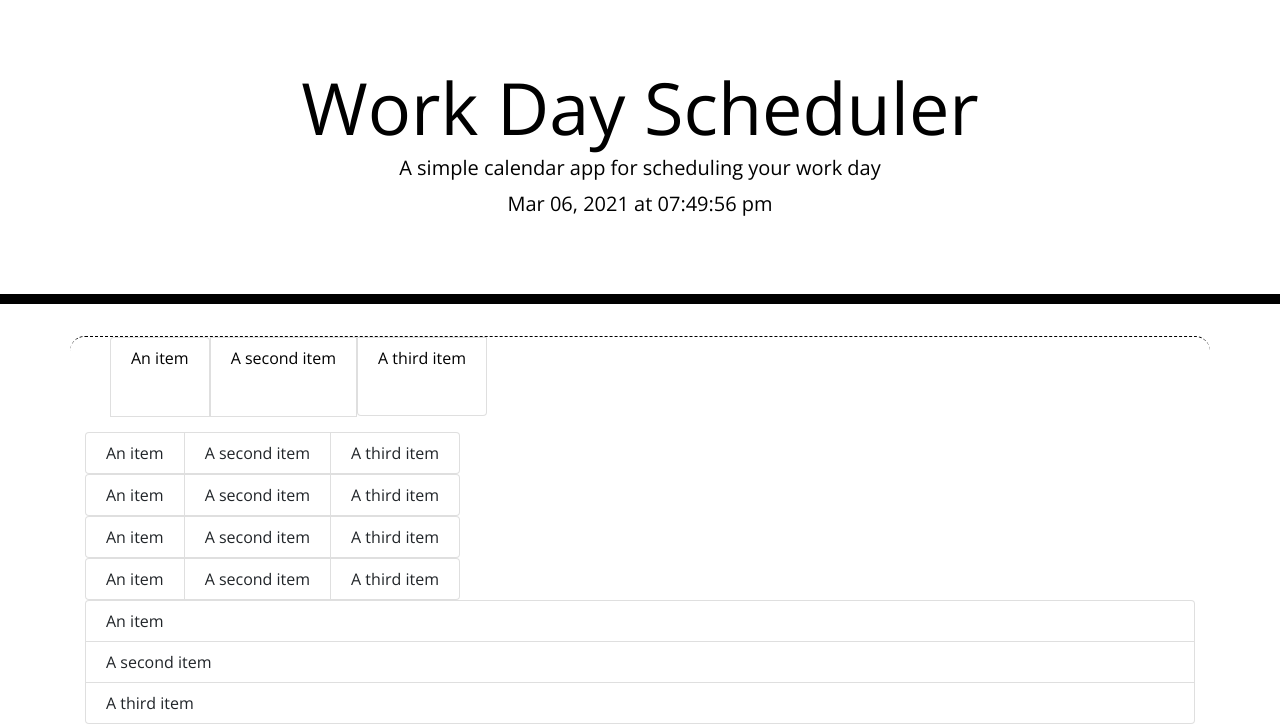
Repository: ziffoit/Work-Day_Scheduler
Page: Develop/index.html
The author's editor kept a copy of each file at every save. The page is drawn from the files as they stood at one save, then again after the next save.
The browser window is 1280 px wide. The pictures show the whole page.
Some web libraries are served in a nearby version.

Above is the page before, as saved 2021-03-16 16:53:14.

### Develop/index.html
<!DOCTYPE html>
<html lang="en">
  <head>
    <meta charset="UTF-8" />
    <meta name="viewport" content="width=device-width, initial-scale=1.0" />
    <meta http-equiv="X-UA-Compatible" content="ie=edge" />
    <link
      rel="stylesheet"
      href="https://stackpath.bootstrapcdn.com/bootstrap/4.3.1/css/bootstrap.min.css"
    />
    <link
      rel="stylesheet"
      href="https://use.fontawesome.com/releases/v5.8.1/css/all.css"
      integrity="sha384-50oBUHEmvpQ+1lW4y57PTFmhCaXp0ML5d60M1M7uH2+nqUivzIebhndOJK28anvf"
      crossorigin="anonymous"
    />
    <link
      href="https://fonts.googleapis.com/css?family=Open+Sans&display=swap"
      rel="stylesheet"
    />
    <link rel="stylesheet" href="style.css" />
    <title>Work Day Scheduler</title>
  </head>

  <body>
    <header class="jumbotron">
      <h1 class="display-3">Work Day Scheduler</h1>
      <p class="lead">A simple calendar app for scheduling your work day</p>
      <p id="currentDay" class="lead"></p>
    </header>
    <div class="container">
      <ul class="description time-block row hour">
        <li class="list-group-item">An item</li>
        <li class="list-group-item">A second item</li>
        <li class="list-group-item">A third item</li>
      </ul>
      <ul class="list-group list-group-horizontal-sm">
        <li class="list-group-item">An item</li>
        <li class="list-group-item">A second item</li>
        <li class="list-group-item">A third item</li>
      </ul>
      <ul class="list-group list-group-horizontal-md">
        <li class="list-group-item">An item</li>
        <li class="list-group-item">A second item</li>
        <li class="list-group-item">A third item</li>
      </ul>
      <ul class="list-group list-group-horizontal-lg">
        <li class="list-group-item">An item</li>
        <li class="list-group-item">A second item</li>
        <li class="list-group-item">A third item</li>
      </ul>
      <ul class="list-group list-group-horizontal-xl">
        <li class="list-group-item">An item</li>
        <li class="list-group-item">A second item</li>
        <li class="list-group-item">A third item</li>
      </ul>
      <ul class="list-group list-group-horizontal-xxl">
        <li class="list-group-item">An item</li>
        <li class="list-group-item">A second item</li>
        <li class="list-group-item">A third item</li>
      </ul>
      <!-- Timeblocks go here -->
    </div>

    <script src="https://cdnjs.cloudflare.com/ajax/libs/jquery/3.2.1/jquery.min.js"></script>
    <script src="https://cdnjs.cloudflare.com/ajax/libs/moment.js/2.24.0/moment.min.js"></script>
    <script src="script.js"></script>
  </body>
</html>

### Develop/style.css
body {
  font-family: 'Open Sans', sans-serif;
  font-size: 16px;
  line-height: 1;
}

textarea{
  background: transparent;
  border: none;
  resize: none;
  color: #000000;
  border-left: 1px solid black;
  padding: 10px;
}

.jumbotron {
  text-align: center;
  background-color: transparent;
  color: black;
  border-radius: 0;
  border-bottom: 10px solid black;
}

.description{
  white-space: pre-wrap;
}

.time-block{
  text-align: center;
  border-radius: 15px;
}

.row {
  white-space: pre-wrap;
  height: 80px;
  border-top: 1px solid white;;
}

.hour {
  background-color: #ffffff;
  color: #000000;
  border-top: 1px dashed #000000;
}

.past {
  background-color: #d3d3d3;
  color: white;
}

.present {
  background-color: #ff6961;
  color: white;
}

.future {
  background-color: #77dd77;
  color: white;
}

.saveBtn {
  border-left: 1px solid black;
  border-top-right-radius: 15px;
  border-bottom-right-radius: 15px;
  background-color: #06AED5;
  color: white;
}

.saveBtn i:hover {
  font-size: 20px;
  transition: all .3s ease-in-out;
}

### Develop/script.js
var currentDay = $('#currentDay')

function dateAndTime() {
    var rightNow = moment().format('MMM DD, YYYY [at] hh:mm:ss a');
    currentDay.text(rightNow);
  }

  setInterval(dateAndTime, 1000)

After the next save:
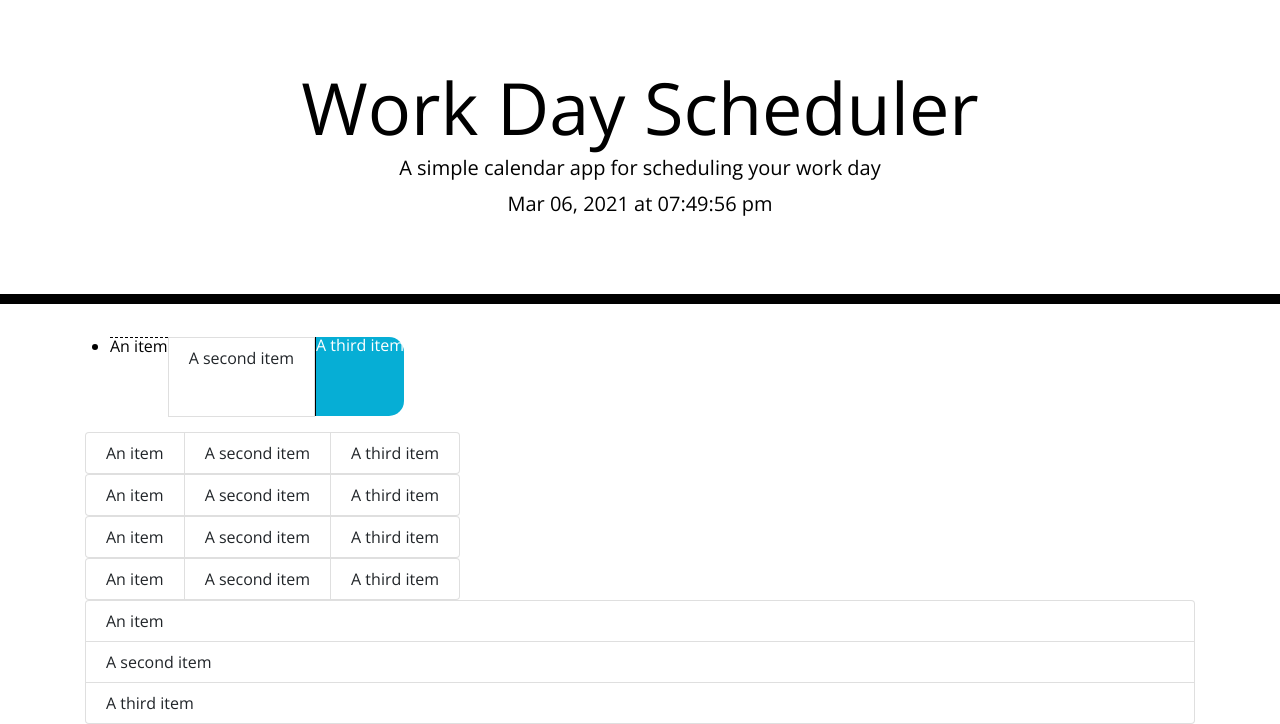
Saved 16 min 29 s later.
--- a/Develop/index.html
+++ b/Develop/index.html
@@ -29,10 +29,10 @@
       <p id="currentDay" class="lead"></p>
     </header>
     <div class="container">
-      <ul class="description time-block row hour">
-        <li class="list-group-item">An item</li>
+      <ul class="description time-block row">
+        <li class="hour">An item</li>
         <li class="list-group-item">A second item</li>
-        <li class="list-group-item">A third item</li>
+        <li class="saveBtn">A third item</li>
       </ul>
       <ul class="list-group list-group-horizontal-sm">
         <li class="list-group-item">An item</li>
